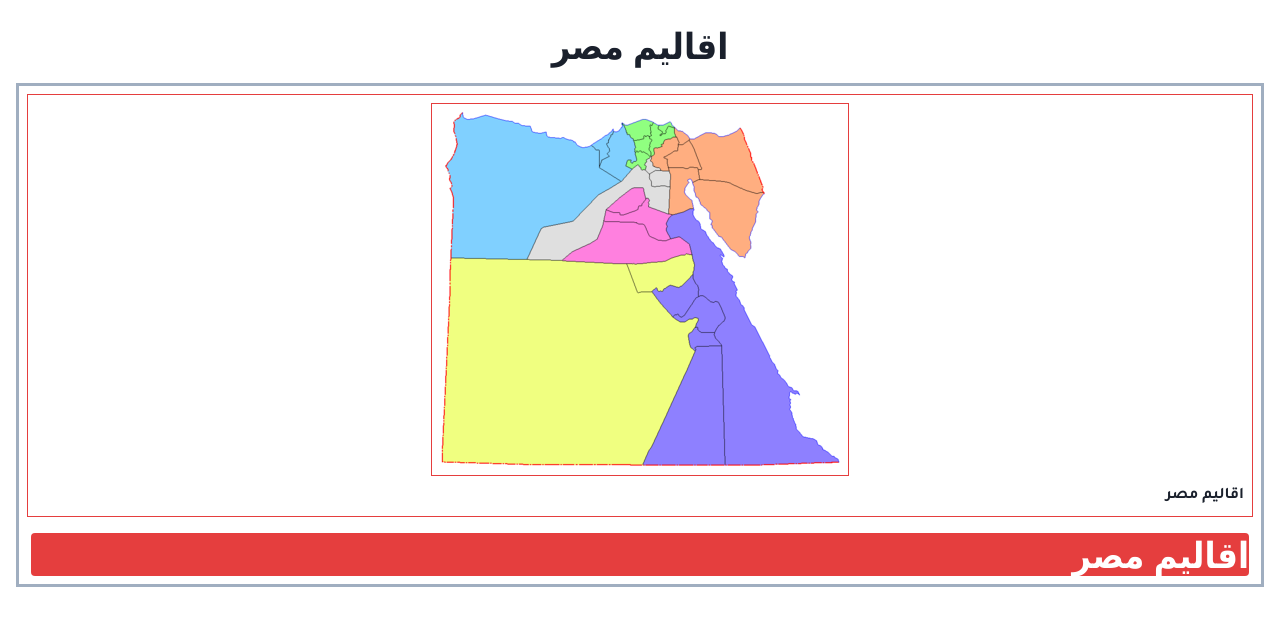
Repository: ahmed-mohamed-eng/egypt-gov-map
Page: /
These files come from the project's save history. The page is drawn as it stood at one moment and after the next save; the edit follows.
The browser window is 1280 px wide. The pictures show the whole page.
Some web fonts or font styles are not loaded; a fallback is used. The project was rebuilt for these pictures with package versions that can differ from the ones it lists, and the page was loaded fresh each time. The framework's server and built-in components were replaced by stand-ins that run in the browser. Also part of the build but not shown: next.config.js.

Above is the page before, as saved 2022-05-28 16:36:47.

### pages/_app.tsx
import "../styles/globals.css";

import type { AppProps } from "next/app";

import { ChakraProvider, extendTheme } from "@chakra-ui/react";

const theme = extendTheme({
  fonts: {
    heading: `"Aref Ruqaa" ,'Segoe UI', Tahoma, Geneva, Verdana, sans-serif`,
  }
});

function MyApp({ Component, pageProps }: AppProps) {
  return (
    <ChakraProvider theme={theme}>
      <Component {...pageProps} />
    </ChakraProvider>
  );
}

export default MyApp;

### pages/_document.tsx
import Document, {
  Html,
  Head,
  Main,
  NextScript,
  DocumentContext,
} from "next/document";

class MyDocument extends Document {
  static async getInitialProps(ctx: DocumentContext) {
    const initialProps = await Document.getInitialProps(ctx);
    return { ...initialProps };
  }

  render() {
    return (
      <Html dir="rtl" lang="ar">
        <Head />
        <body>
          <Main />
          <NextScript />
        </body>
      </Html>
    );
  }
}

export default MyDocument;

### pages/index.tsx
import type { NextPage } from "next";

// Custom Components
import Header from "../components/Header";
import PageContainer from "../components/PageContainer";
import MainContentArea from "../components/MainContentArea";

const Home: NextPage = () => {
  return (
    <PageContainer>
      <Header headerTitle="اقاليم مصر" />
      <MainContentArea />
    </PageContainer>
  );
};

export default Home;

### styles/globals.css
@import url("https://fonts.googleapis.com/css2?family=Amiri:ital,wght@0,700;1,400;1,700&family=Aref+Ruqaa:wght@400;700&family=Tajawal:wght@300;400;500;700;800;900&display=swap");

@tailwind base;
@tailwind components;
@tailwind utilities;

html,
body {
  padding: 0;
  margin: 0;
  font-family: -apple-system, BlinkMacSystemFont, Segoe UI, Roboto, Oxygen,
    Ubuntu, Cantarell, Fira Sans, Droid Sans, Helvetica Neue, sans-serif;
}

a {
  color: inherit;
  text-decoration: none;
}

* {
  box-sizing: border-box;
  font-family: "Tajawal", "Aref Ruqaa", "Segoe UI", Tahoma, Geneva, Verdana,
    sans-serif;
}

### components/Header/index.tsx
export { Header as default } from "./Header";

### components/PageContainer/index.tsx
export { PageContainer as default } from "./PageContainer";

### components/MainContentArea/index.tsx
export { MainContentArea as default } from "./MainContentArea";

### components/Header/Header.tsx
import { Flex, Heading } from "@chakra-ui/react";

export interface HeaderProps {
  headerTitle: string;
}

export const Header = (props: HeaderProps) => {
  return (
    <Flex
      as="header"
      justifyContent="center"
      alignItems="center"
      fontSize="1.5rem"
      fontFamily="arabic"
    >
      <Heading as="h1">{props.headerTitle}</Heading>
    </Flex>
  );
};

### components/PageContainer/PageContainer.tsx
import { VStack } from "@chakra-ui/react"

export const PageContainer = (props: any) => {
  return (
    <VStack py="1.5rem" px="1rem" spacing="1rem">
        {props.children}
    </VStack>
  )
}

### components/MainContentArea/MainContentArea.tsx
import { VStack } from "@chakra-ui/react";

// Custom Components.
import MapArea from "./MapArea";
import QuickNavigationArea from "./QuickNavigationArea";

export const MainContentArea = () => {
  return (
    <VStack
      as="main"
      w="full"
      p="0.5rem"
      spacing="1rem"
      borderWidth="medium"
      borderColor="gray.400"
    >
      <MapArea />
      <QuickNavigationArea />
    </VStack>
  );
};

### components/MainContentArea/MapArea/index.tsx
export { MapArea as default } from "./MapArea";

### components/MainContentArea/QuickNavigationArea/index.tsx
export { QuickNavigationArea as default } from "./QuickNavigationArea";

### components/MainContentArea/MapArea/MapArea.tsx
import { VStack } from "@chakra-ui/react";

// Custom Components.
import MapImage from "./MapImage";
import MapInfoDisplayedLinks from "./MapInfoDisplayedLinks";

export const MapArea = () => {
  return (
    <VStack
      borderWidth="thin"
      borderColor="red.500"
      p="0.5rem"
      w="full"
      spacing="0.5rem"
    >
      <MapImage />
      <MapInfoDisplayedLinks
        breadcrumbItems={[
          {
            text: "اقاليم مصر",
            url: "#",
          },
        ]}
      />
    </VStack>
  );
};

### components/MainContentArea/QuickNavigationArea/QuickNavigationArea.tsx
import { Flex, Heading } from "@chakra-ui/react";

export const QuickNavigationArea = () => {
  return (
    <Flex w="full" px="0.25rem">
      <Heading
        w="full"
        h="fit-content"
        borderRadius="0.25rem"
        color="white"
        bg="red.500"
      >
        اقاليم مصر
      </Heading>
    </Flex>
  );
};

### components/MainContentArea/MapArea/MapImage/index.tsx
export { MapImage as default } from "./MapImage";

### components/MainContentArea/MapArea/MapInfoDisplayedLinks/index.tsx
export { MapInfoDisplayedLinks as default } from "./MapInfoDisplayedLinks";

### components/MainContentArea/MapArea/MapImage/MapImage.tsx
import React from "react";

import { Flex, Image } from "@chakra-ui/react";

// Images Sources.
import mapImage from "../../../../images/Egypt_Provinces.webp";

export const MapImage = () => {
  return (
    <Flex borderWidth="thin" borderColor="red.500" p="0.5rem">
      <Image mixBlendMode="multiply" src={mapImage.src} alt="Egypt Province Map" />
    </Flex>
  );
};

### components/MainContentArea/MapArea/MapInfoDisplayedLinks/MapInfoDisplayedLinks.tsx
import { v4 as uuidV4 } from "uuid";

import { Breadcrumb, BreadcrumbItem, BreadcrumbLink } from "@chakra-ui/react";

export type BreadcrumbElement = {
  url: string;
  text: string;
};

export interface MapInfoDisplayedLinksProps {
  breadcrumbItems: Array<BreadcrumbElement>;
}

export const MapInfoDisplayedLinks = (props: MapInfoDisplayedLinksProps) => {
  const breadcrumbItems = props.breadcrumbItems.map((item) => {
    return (
      <BreadcrumbItem key={uuidV4()}>
        <BreadcrumbLink fontWeight="600" href={item.url}>
          {item.text}
        </BreadcrumbLink>
      </BreadcrumbItem>
    );
  });

  return <Breadcrumb w="full">{breadcrumbItems}</Breadcrumb>;
};

Loaded but not shown: tailwind.config.js (common file)

After the next save:
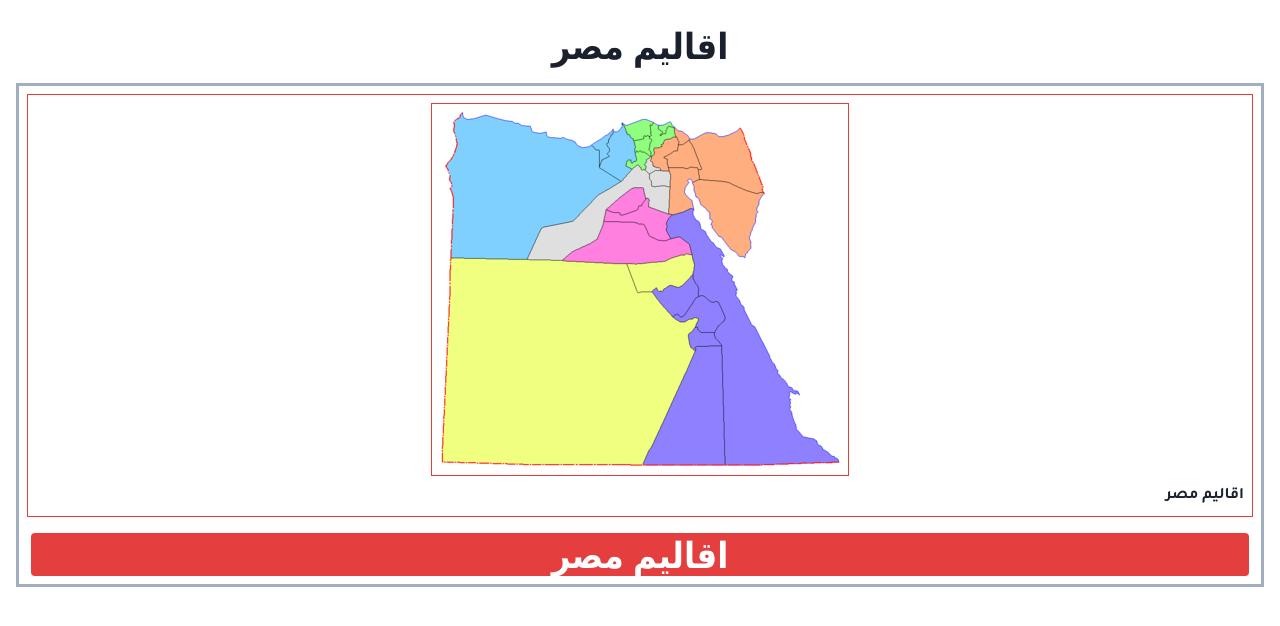
Saved 12 s later.
--- a/components/MainContentArea/QuickNavigationArea/QuickNavigationArea.tsx
+++ b/components/MainContentArea/QuickNavigationArea/QuickNavigationArea.tsx
@@ -9,6 +9,7 @@ export const QuickNavigationArea = () => {
         borderRadius="0.25rem"
         color="white"
         bg="red.500"
+        textAlign="center"
       >
         اقاليم مصر
       </Heading>
